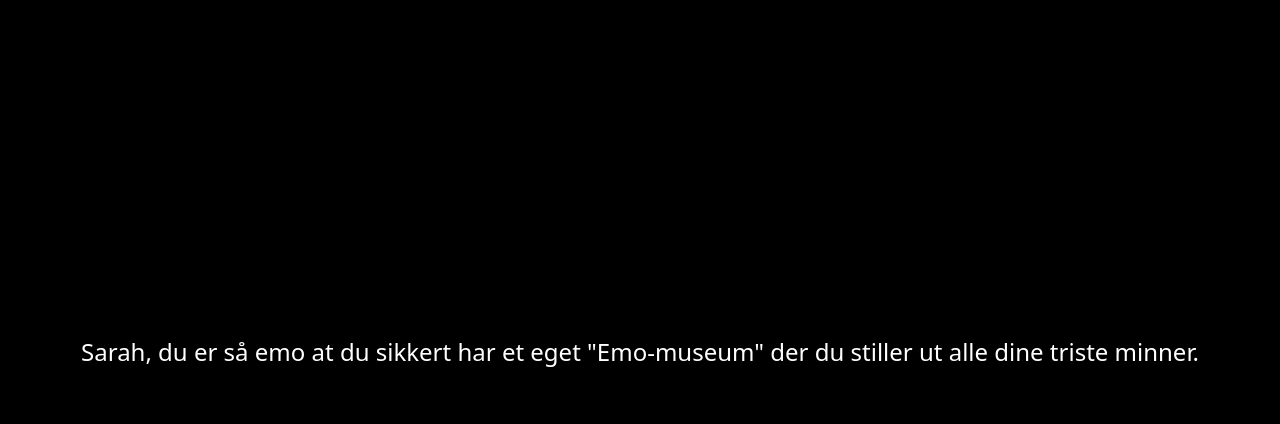
Repository: Larshalvorhansen/personalWebsite
Page: content/infoskjermV2/item-9_dagensBurn.html
The author's editor kept a copy of each file at every save. The page is drawn from the files as they stood at one save, then again after a run of saves.
The browser window is 1280 px wide. The pictures show the whole page.
Some web libraries are served in a nearby version.

Above is the page before, as saved 2025-02-17 16:11:03.

### content/infoskjermV2/item-9_dagensBurn.html
<!DOCTYPE html>
<html lang="en">

<head>
    <meta charset="UTF-8">
    <meta name="viewport" content="width=device-width, initial-scale=1.0">
    <!-- <title>Daily Burn</title> -->
    <!-- Include Tailwind CSS -->
    <script src="https://cdn.tailwindcss.com"></script>
</head>

<body class="bg-black text-white font-sans">
    <!-- Daily Burn Section -->
    <div class="container mx-auto p-4 h-screen flex flex-col items-center justify-center">
        <div class="DailyBurn bg-black p-4 rounded-lg shadow-md text-center">
            <p id="random-line" class="text-2xl mb-4">Loading...</p>
            <!-- <button onclick="fetchRandomLine()" class="px-4 py-2 bg-white text-black rounded">
                Get New Line
            </button> -->
        </div>
    </div>

    <!-- JavaScript to Fetch Random Lines -->
    <script>
        function fetchRandomLine() {
            fetch('burnsV2.txt')
                .then(response => response.text())
                .then(data => {
                    const lines = data.split('\n').filter(line => line.trim() !== '');
                    const randomLine = lines[Math.floor(Math.random() * lines.length)];
                    document.getElementById('random-line').textContent = randomLine;
                });
        }
        fetchRandomLine(); // Fetch a line on page load
    </script>
</body>

</html>

After the next 2 saves:
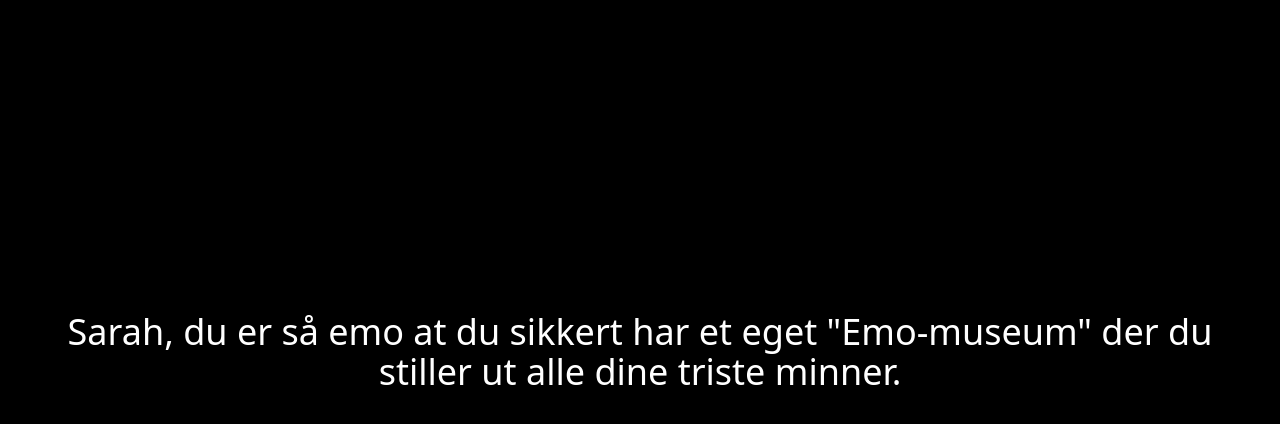
The 2 saves are shown as one change because they came seconds apart.
The last was saved 7 s later.
--- a/content/infoskjermV2/item-9_dagensBurn.html
+++ b/content/infoskjermV2/item-9_dagensBurn.html
@@ -13,7 +13,7 @@
     <!-- Daily Burn Section -->
     <div class="container mx-auto p-4 h-screen flex flex-col items-center justify-center">
         <div class="DailyBurn bg-black p-4 rounded-lg shadow-md text-center">
-            <p id="random-line" class="text-2xl mb-4">Loading...</p>
+            <p id="random-line" class="text-4xl mb-4">Loading...</p>
             <!-- <button onclick="fetchRandomLine()" class="px-4 py-2 bg-white text-black rounded">
                 Get New Line
             </button> -->
